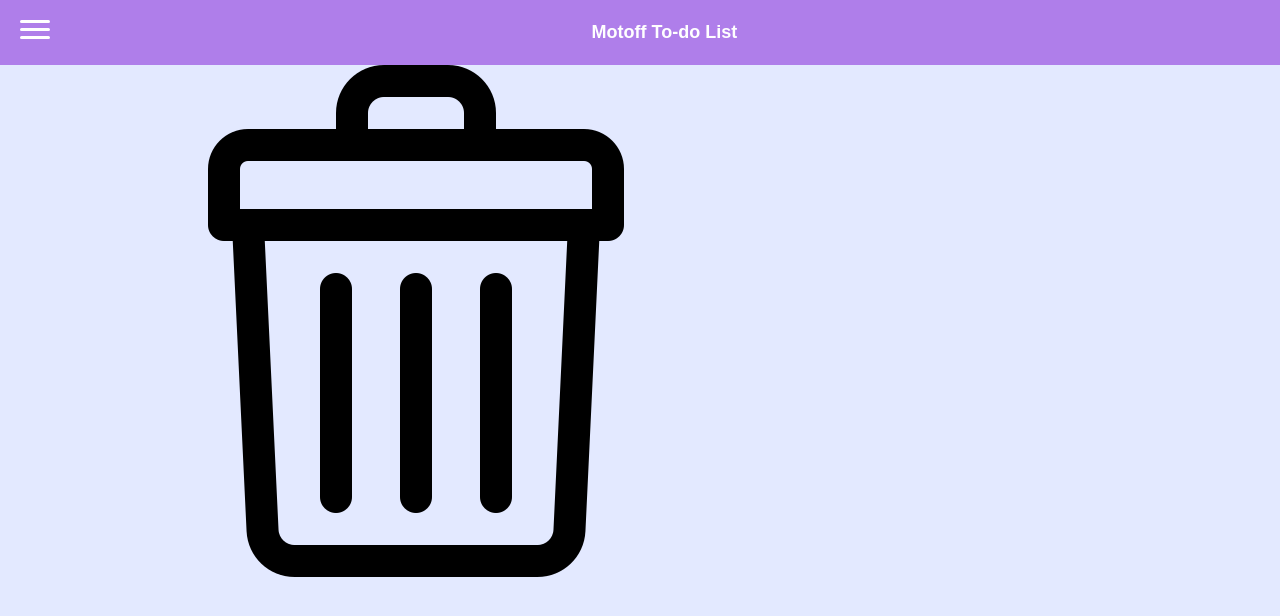
Repository: Amad-Mlinka/Todo-List-Vanilla-JS
Page: index.html
These files come from the project's save history. The page is drawn as it stood at one moment and after a run of saves; the edit follows.
The browser window is 1280 px wide. The pictures show the whole page.
The page's requests for data from a server got no answer.

Above is the page before, as saved 2021-09-15 00:43:04.

After the next 2 saves:
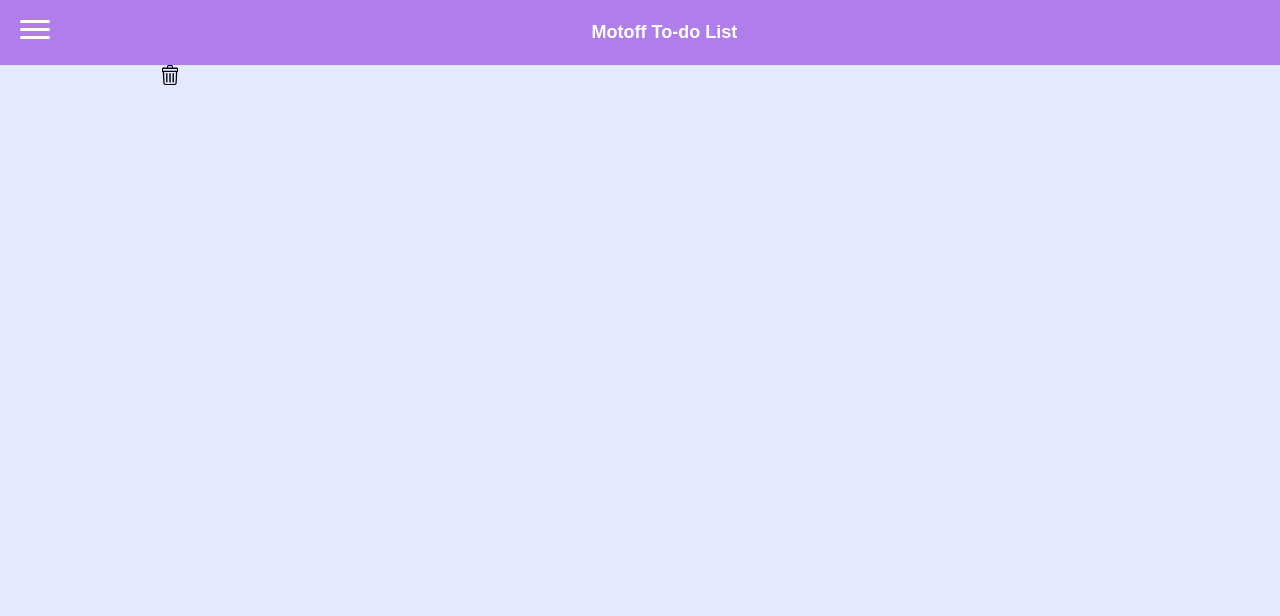
The 2 saves are shown as one change because they came seconds apart.
The last was saved 30 s later.
--- a/styles/style.css
+++ b/styles/style.css
@@ -15,3 +15,6 @@ body{
   display: flex;
   flex-direction: column;
 }
+.deleteIcon{
+  width: 20px;
+}
